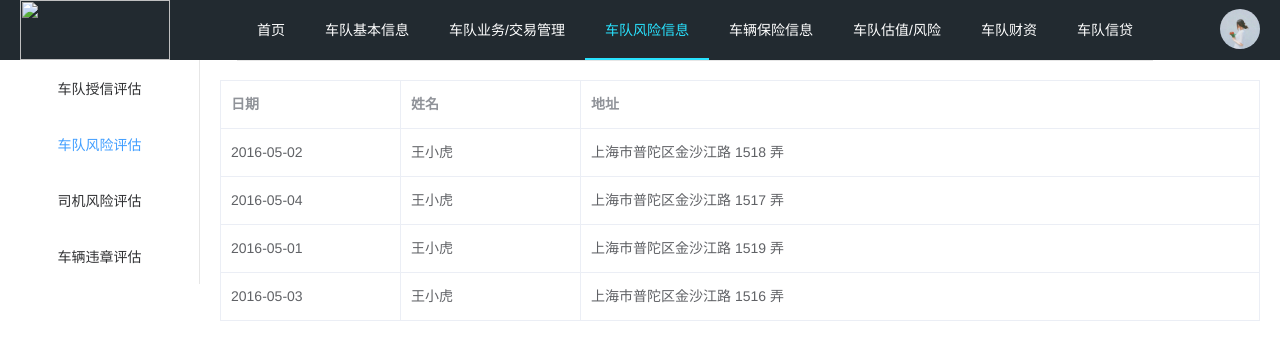
Repository: TheWomanLiketheWind/woodpecker
Page: /
The author's editor kept a copy of each file at every save. The page is drawn from the files as they stood at one save, then again after the next save.
The browser window is 1280 px wide. The pictures show the whole page.
The project was rebuilt for these pictures with package versions that can differ from the ones it lists, and the page was loaded fresh each time. Also part of the build but not shown: src/views/menuThird.vue.

Above is the page before, as saved 2019-07-25 17:47:32.

### public/index.html
<!DOCTYPE html>
<html lang="en">
  <head>
    <meta charset="utf-8">
    <meta http-equiv="X-UA-Compatible" content="IE=edge">
    <meta name="viewport" content="width=device-width,initial-scale=1.0">
    <link rel="icon" href="<%= BASE_URL %>favicon.ico">
    <title>woodpecker</title>
  </head>
  <body>
    <noscript>
      <strong>We're sorry but woodpecker doesn't work properly without JavaScript enabled. Please enable it to continue.</strong>
    </noscript>
    <div id="app"></div>
    <!-- built files will be auto injected -->
  </body>
</html>

### src/App.vue
<template>
  <div id="app">
    <router-view />
  </div>
</template>

<style lang="scss">
#app {
  font-family: "Avenir", Helvetica, Arial, sans-serif;
  -webkit-font-smoothing: antialiased;
  -moz-osx-font-smoothing: grayscale;
  text-align: center;
  color: #2c3e50;
  .el-header {
    display: flex;
    justify-content: space-between;
    align-items: center;
  }
}
#nav {
  padding: 30px;
  a {
    font-weight: bold;
    color: #2c3e50;
    &.router-link-exact-active {
      color: #42b983;
    }
  }
}
body {
  margin: 0;
}
</style>

### src/router.ts
import Vue from 'vue'
import Router from 'vue-router'
import Home from './views/Home.vue'
Vue.use(Router)

export default new Router({
  mode: 'history',
  base: process.env.BASE_URL,
  routes: [
    {
      path: '/',
      name: 'home',
      component: Home,
      children: [
        {
          path: '/',
          name: 'menuSecond',
          children: [
            {
              path: '/',
              name: 'menuThird',
              component: () =>
                import(/* webpackChunkName: "about" */ './views/menuThird.vue')
            }
          ],
          component: () =>
            import(/* webpackChunkName: "about" */ './views/menuSecond.vue')
        }
      ]
    }
  ]
})

### src/views/Home.vue
<template>
  <el-container>
    <el-header class="headerAll">
      <img src=""
           class="headImage">
      <el-menu :default-active="activeIndex"
               class="el-menu-demo"
               mode="horizontal"
               background-color="#222a30"
               text-color="#fff"
               active-text-color="#29e2fe"
               @select="handleSelect">
        <el-menu-item v-for="(item, index) in menuList"
                      :key="index"
                      :index="item.index"
                      v-on:listenToChildEvent="menuClick">{{item.name}}</el-menu-item>
      </el-menu>

      <el-dropdown>
        <img src="../assets/headImage.jpg"
             class="drophead" />
        <el-dropdown-menu slot="dropdown">
          <el-dropdown-item>个人信息</el-dropdown-item>
          <el-dropdown-item>退出</el-dropdown-item>
        </el-dropdown-menu>
      </el-dropdown>
    </el-header>
    <!-- <router-link to="/menuSecond">点击跳转</router-link> -->
    <router-view />
  </el-container>
</template>

<script lang="ts">
import { Component, Vue } from "vue-property-decorator";

@Component({
  components: {}
})
export default class Home extends Vue {
  data() {
    return {
      activeIndex: "4",
      menuList: [
        {
          name: "首页",
          index: "1",
          link: ""
        },
        {
          name: "车队基本信息",
          index: "2",
          link: ""
        },
        {
          name: "车队业务/交易管理",
          index: "3",
          link: ""
        },
        {
          name: "车队风险信息",
          index: "4",
          link: ""
        },
        {
          name: "车辆保险信息",
          index: "5",
          link: ""
        },
        {
          name: "车队估值/风险",
          index: "6",
          link: ""
        },
        {
          name: "车队财资",
          index: "7",
          link: ""
        },
        {
          name: "车队信贷",
          index: "8",
          link: ""
        }
      ]
    };
  }

  private handleSelect(key: any, keyPath: any) {
    console.log(key, keyPath);
  }

  menuClick(data: any) {
    this.$router.push(data);
  }
}
</script>

<style lang="scss">
.headerAll {
  background: #222a30;
  .headImage {
    width: 150px;
    height: 100%;
    border: 0;
  }
  .drophead {
    width: 40px;
    height: 40px;
    border-radius: 50%;
  }
}
</style>

### src/views/menuSecond.vue
<template>
  <el-container>
    <el-aside width="200px">
      <el-menu default-active="2"
               class="el-menu-vertical-demo"
               @select="handleSelect">
        <el-menu-item v-for="(item, index) in filesList.navigeList"
                      :key="index"
                      :index="item.index">
          <span slot="title">{{item.name}}</span>
        </el-menu-item>
      </el-menu>
    </el-aside>
    <el-main>
      <el-table :data="filesList.navigeList[2].tableData"
                border
                style="width: 100%">
        <el-table-column prop="date"
                         label="日期"
                         width="180">
        </el-table-column>
        <el-table-column prop="name"
                         label="姓名"
                         width="180">
        </el-table-column>
        <el-table-column prop="address"
                         label="地址">
        </el-table-column>
      </el-table>
    </el-main>

  </el-container>

</template>

<script lang="ts">
import Vue from "vue";
import files from "../jsonFile";

export default Vue.extend({
  data() {
    return {
      filesList: files,
      selectIndex: 1
    };
  },
  methods: {
    handleSelect(key: String) {
      this.selectIndex = Number(key);
    }
  }
});
</script>


<style>
</style>

### src/jsonFile.ts
const fileObject = {
  navigeList: [
    {
      name: '车队授信评估',
      index: '1'
    },
    {
      name: '车队风险评估',
      index: '2'
    },
    {
      name: '司机风险评估',
      index: '3',
      tableData: [
        {
          date: '2016-05-02',
          name: '王小虎',
          address: '上海市普陀区金沙江路 1518 弄'
        },
        {
          date: '2016-05-04',
          name: '王小虎',
          address: '上海市普陀区金沙江路 1517 弄'
        },
        {
          date: '2016-05-01',
          name: '王小虎',
          address: '上海市普陀区金沙江路 1519 弄'
        },
        {
          date: '2016-05-03',
          name: '王小虎',
          address: '上海市普陀区金沙江路 1516 弄'
        }
      ]
    },
    {
      name: '车辆违章评估',
      index: '4'
    }
  ]
}

export default fileObject

Loaded but not shown: src/main.ts (common file); src/store.ts (common file)

After the next save:
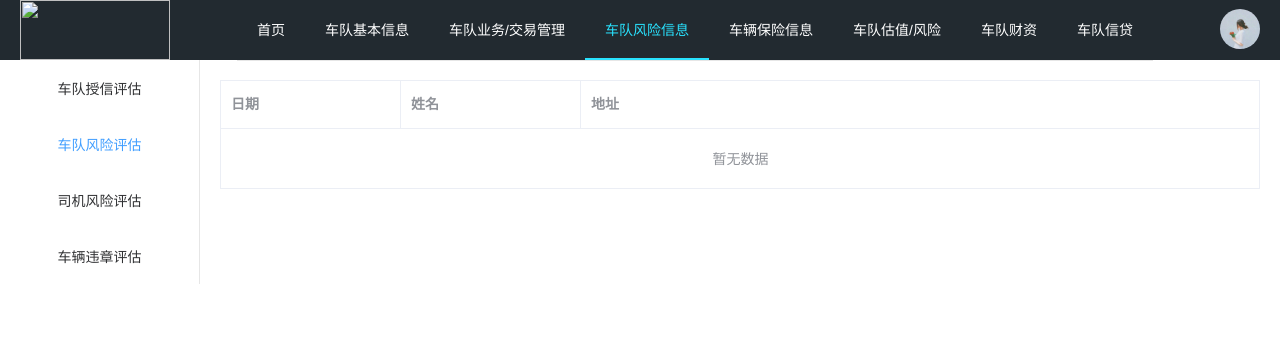
Saved 24 s later.
--- a/src/views/menuSecond.vue
+++ b/src/views/menuSecond.vue
@@ -12,7 +12,7 @@
       </el-menu>
     </el-aside>
     <el-main>
-      <el-table :data="filesList.navigeList[2].tableData"
+      <el-table :data="filesList.navigeList[this.selectIndex].tableData"
                 border
                 style="width: 100%">
         <el-table-column prop="date"
@@ -46,7 +46,7 @@ export default Vue.extend({
   },
   methods: {
     handleSelect(key: String) {
-      this.selectIndex = Number(key);
+      this.selectIndex = Number(key) - 1;
     }
   }
 });
